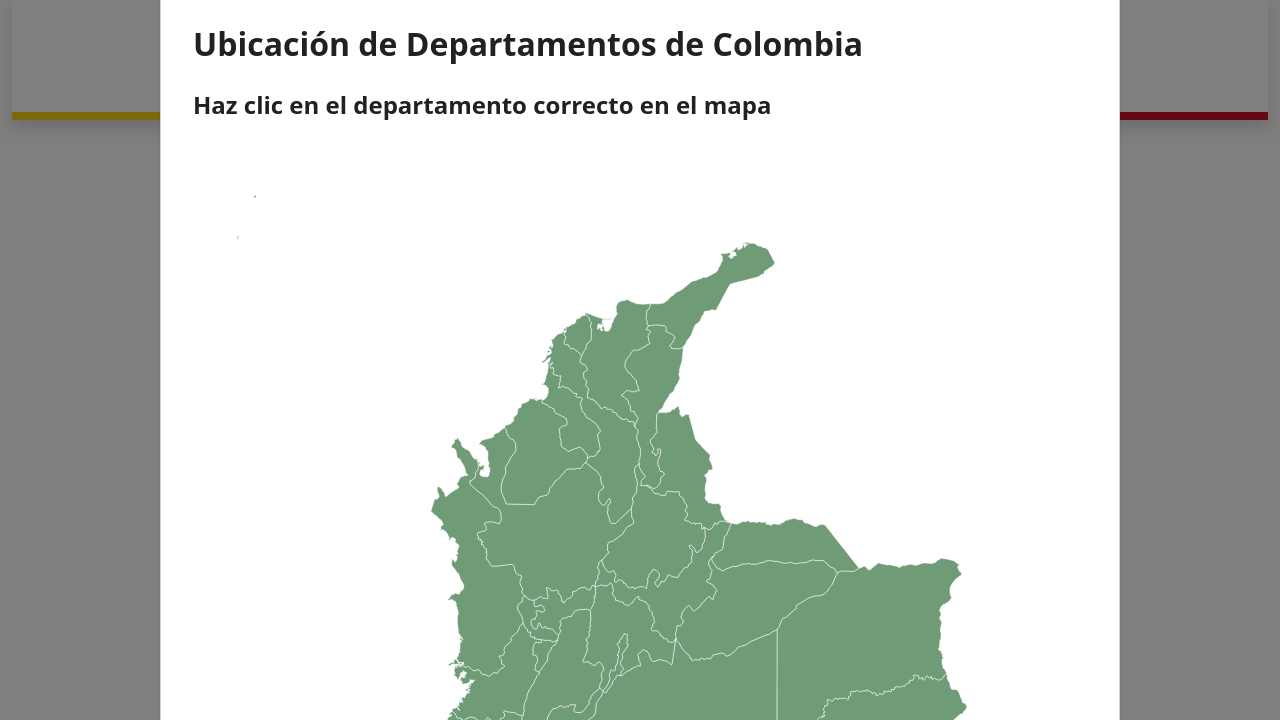
Repository: AngelPalaciosN/GeoEx-colombia
Page: / (app in geoex-colombia/), after clicking the first element matching `button.btn`
An editor plug-in stored every save of this project. The page is shown before and after the next save, followed by the edit.
The browser window is 1280 px wide. The pictures show the whole page.
An inner scrolling area shows only its first screen. The project was rebuilt for these pictures with package versions that can differ from the ones it lists, and the page was loaded fresh each time. Some packages were replaced by stand-ins written for this rebuild. Also part of the build but not shown: geoex-colombia/src/scss/header.scss.

Above is the page before, as saved 2024-10-14 22:23:04.

After the next save:
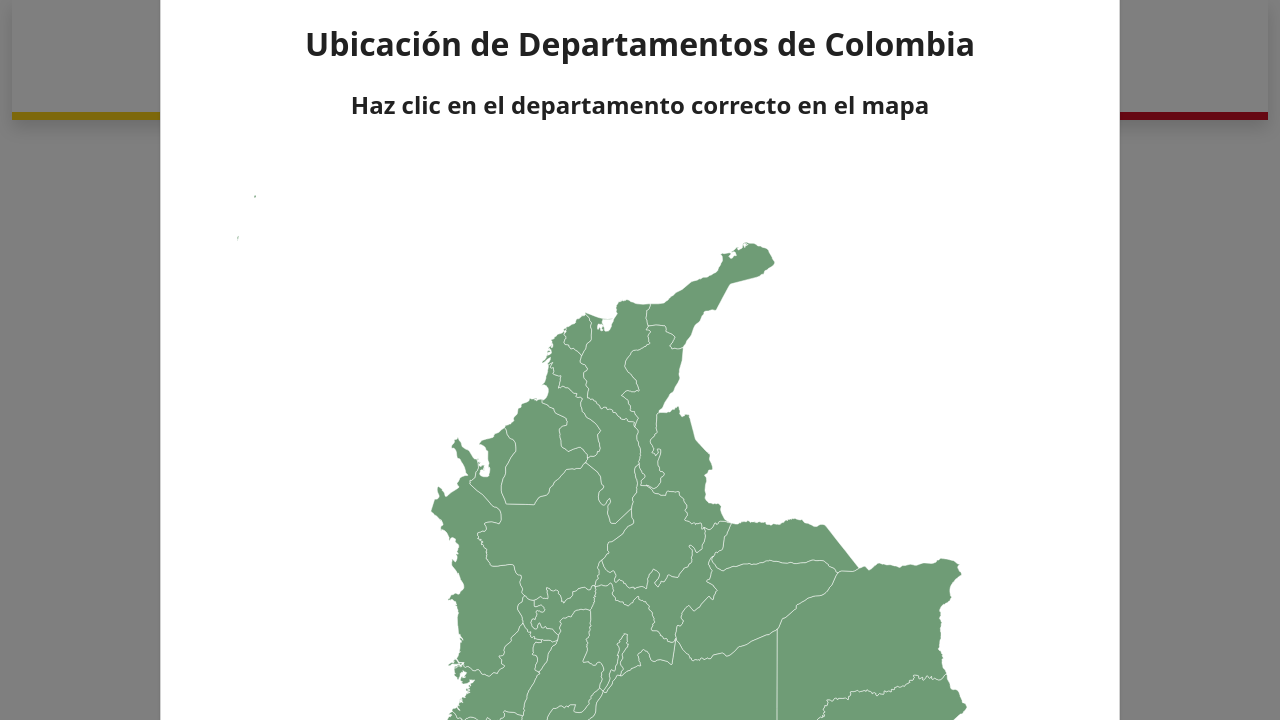
Saved 99 s later.
--- a/geoex-colombia/src/components/modules/mapa.jsx
+++ b/geoex-colombia/src/components/modules/mapa.jsx
@@ -49,7 +49,6 @@
   "Risaralda": "CORIS"
 };
 
-
 export default function Mapa({ onClose }) {
   const [targetDepartment, setTargetDepartment] = useState("");
   const [selectedDepartment, setSelectedDepartment] = useState("");
@@ -90,18 +89,12 @@
 
       Swal.fire({
         title: correct ? '¡Correcto!' : 'Incorrecto',
-        text: correct
-          ? `¡Bien hecho! Has seleccionado ${department}.`
-          : `Elegiste ${department}. La respuesta correcta es ${targetDepartment}.`,
+        text: `Elegiste ${department}. La respuesta correcta es ${targetDepartment}.`,
         icon: correct ? 'success' : 'error',
         confirmButtonText: 'Continuar',
-        html: correct
-          ? `<div style="display: flex; align-items: center; gap: 10px;">
-              <CheckCircle /> ¡Correcto!
-            </div>`
-          : `<div style="display: flex; align-items: center; gap: 10px;">
-              <XCircle /> Incorrecto
-            </div>`,
+        html: `<div style="display: flex; align-items: center; gap: 10px;">
+                ${correct ? '<CheckCircle />' : '<XCircle />'} ${correct ? '¡Correcto!' : 'Incorrecto'}
+                </div>`,
       }).then(() => {
         if (!correct) {
           // Resaltar el departamento correcto
@@ -123,7 +116,7 @@
 
   return (
     <Card className="card">
-      <div className="card-content">
+      <div className="card-content" style={{ textAlign: 'center' }}> {/* Centrando todo el texto */}
         <h2 className="title">Ubicación de Departamentos de Colombia</h2>
         <p className="subtitle">Haz clic en el departamento correcto en el mapa</p>
         <div className="map-container">
